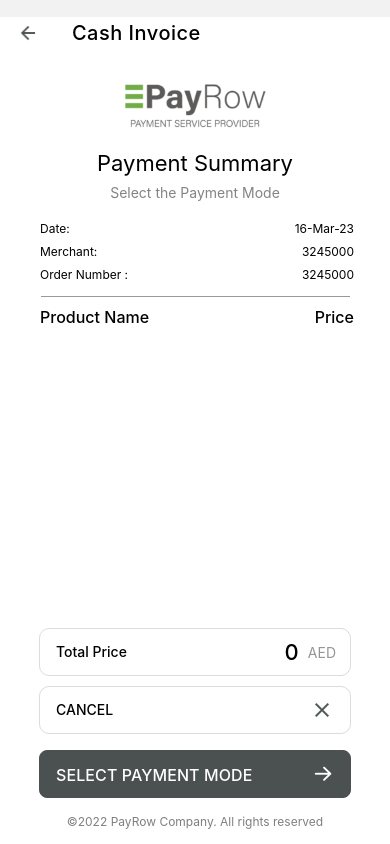
Repository: rishabh-critical-river/payrowios
Screen: /paymentSummary
The author's editor kept a copy of each file at every save. The screen is drawn from the files as they stood at one save, then again after a run of saves.
The app was drawn by React Native's web renderer in a window 390 px wide. The project was rebuilt for these pictures with package versions that can differ from the ones it lists, and the page was loaded fresh each time. Also part of the build but not shown: screens/onboarding/CreateAccount.js, screens/home/HomeScreen.tsx, screens/home/HomeComponents/TapToPay.tsx, screens/home/HomeComponents/AddItem.js, screens/home/HomeComponents/TapCard.tsx, screens/home/HomeComponents/EnterPin.tsx, screens/home/HomeComponents/Confirmation.tsx, screens/home/HomeComponents/NewPayment.tsx and 37 more.

Above is the screen before, as saved 2023-07-27 05:10:14.

After the next 2 saves:
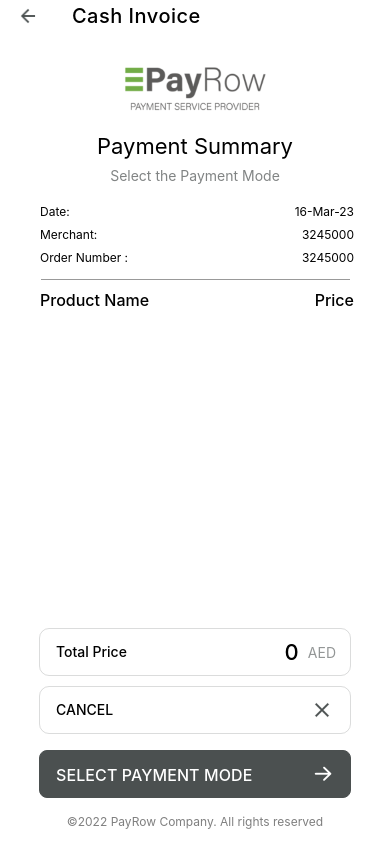
The 2 saves are shown as one change because they came seconds apart.
The last was saved 12 s later.
--- a/screens/home/HomeComponents/PaymentSummary.js
+++ b/screens/home/HomeComponents/PaymentSummary.js
@@ -38,7 +38,7 @@ const PaymentSummary = ({ navigation, route }) => {
       <View
         style={{
           paddingLeft: 19.98,
-          marginTop: 17,
+          pa: 17,
           flexDirection: "row",
           alignItems: "center",
           backgroundColor: "#fff",
